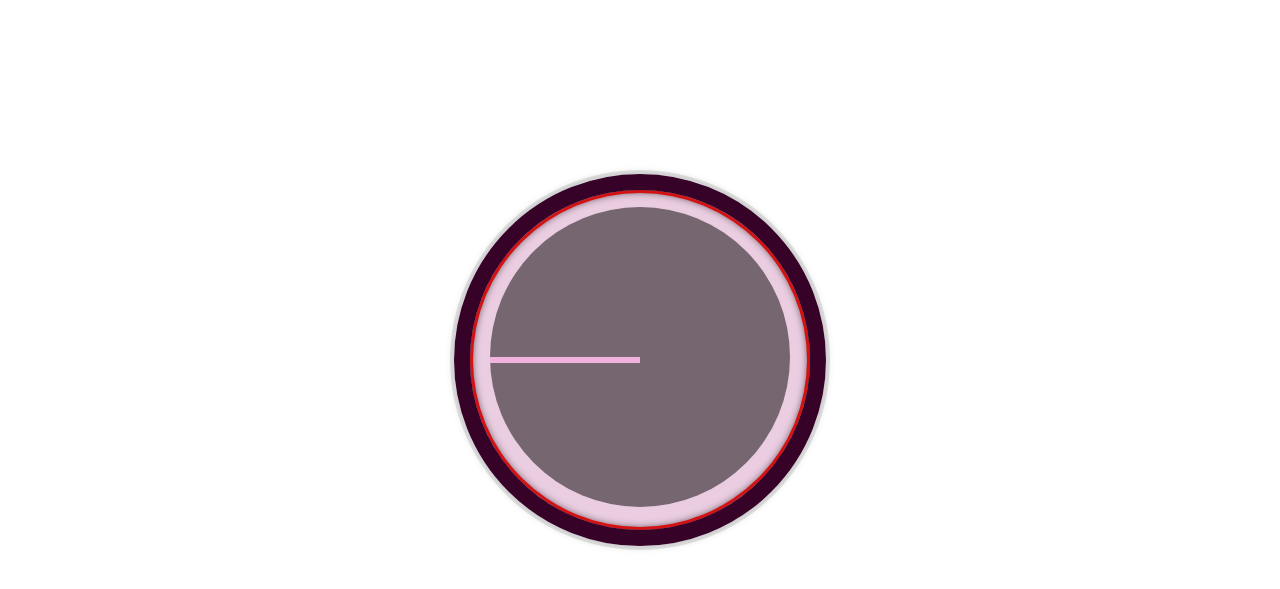
Repository: Freezler/javascript-css-clock
Page: index.html
An editor plug-in stored every save of this project. The page is shown before and after the next save, followed by the edit.
The browser window is 1280 px wide. The pictures show the whole page.

Above is the page before, as saved 2024-08-24 15:54:57.

### index.html
<!DOCTYPE html>
<html lang="en">

<head>
    <meta charset="UTF-8">
    <title>JS + CSS Clock</title>
    <link rel="icon" href="https://fav.farm/🔥" />
    <link rel="stylesheet" href="style.css">
</head>

<body>
    <div class="clock">
        <div class="clock-face">
            <div class="hand hour-hand"></div>
            <div class="hand min-hand"></div>
            <div class="hand second-hand"></div>
        </div>
    </div>
    <script src="/main.js"></script>
</body>

</html>

### style.css
html {
    background: url() no-repeat center center fixed;
    background-repeat: no-repeat;
    background-attachment: fixed;
    background-position: center center;
    background-size: cover;
    font-family: 'system-ui', sans-serif;
    text-align: center;
    font-size: 10px;
}

body {
    margin: 0;
    font-size: 2rem;
    display: flex;
    flex: 1;
    min-height: 100vh;
    align-items: center;
}

.clock {
    width: 30rem;
    height: 30rem;
    border: 16px solid rgb(54, 2, 40);
    border-radius: 50%;
    margin: 50px auto;
    position: relative;
    padding: 2rem;
    box-shadow:
        0 0 0 4px rgba(0, 0, 0, 0.1),
        inset 0 0 0 3px #d51111,
        inset 0 0 10px black,
        0 0 10px rgba(0, 0, 0, 0.2);
    background: rgba(150, 7, 100,.2);
}

.clock-face {
    position: relative;
    width: 100%;
    height: 100%;
    transform: translateY(-3px);
    /* account for the height of the clock hands */
    background: rgba(0, 0, 0, 0.5);
    border-radius: 50%;
}

.hand {
    width: 50%;
    height: 6px;
    background: rgb(240, 179, 221);
    position: absolute;
    top: 50%;
    z-index: 100;
}

Loaded but not shown: main.js (no stored copy; drawn as an empty file)

After the next save:
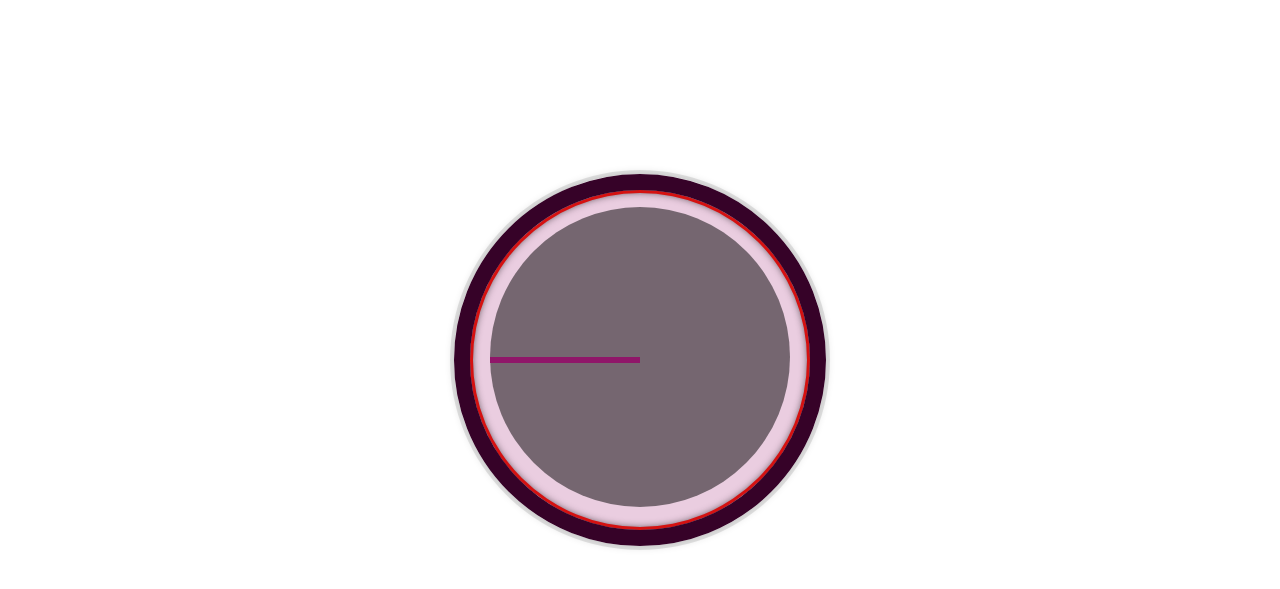
Saved 8 s later.
--- a/style.css
+++ b/style.css
@@ -47,7 +47,7 @@ body {
 .hand {
     width: 50%;
     height: 6px;
-    background: rgb(240, 179, 221);
+    background: rgb(144, 22, 105);
     position: absolute;
     top: 50%;
     z-index: 100;
